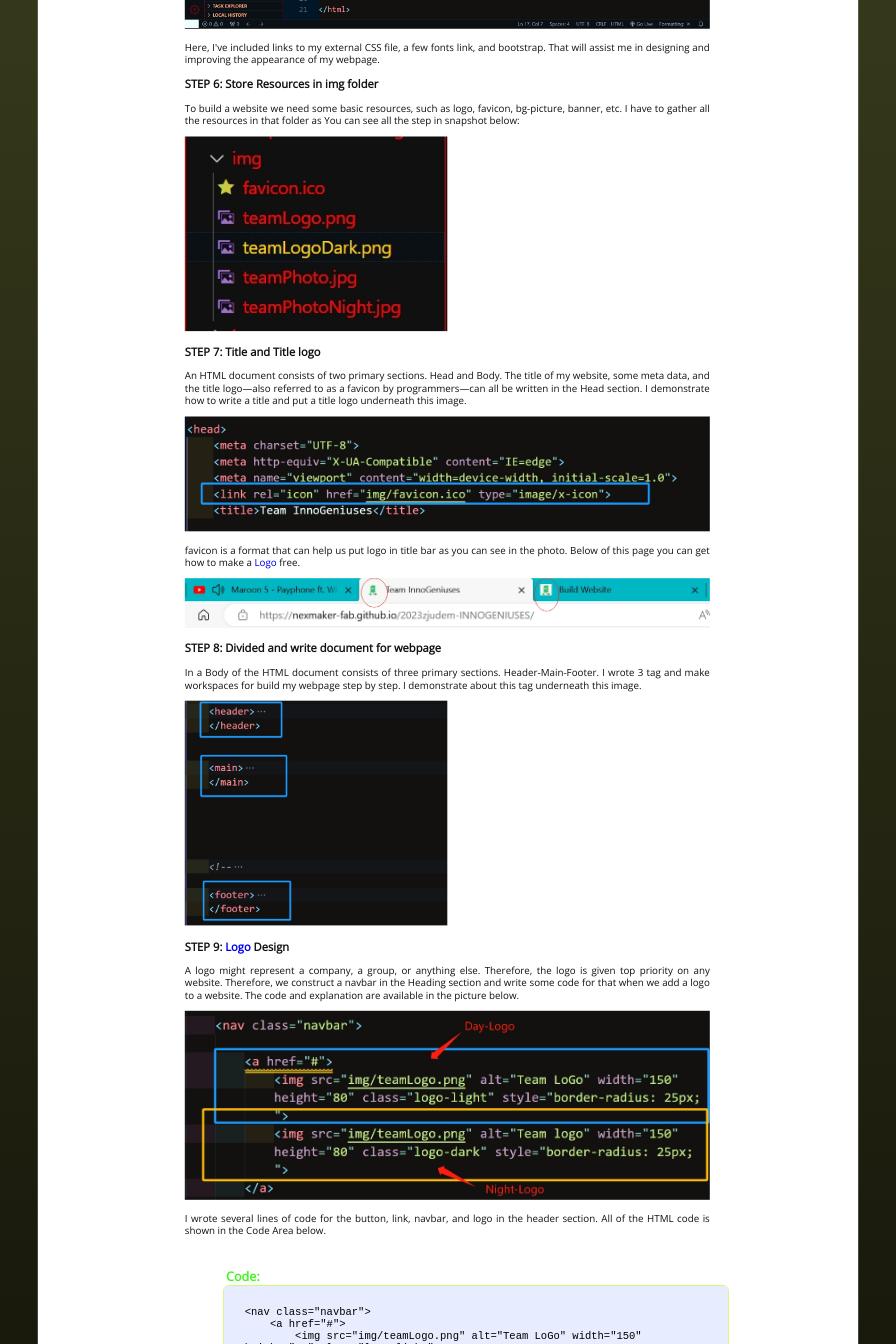
Repository: NexMaker-Fab/2023zjudem-INNOGENIUSES
Page: build web/page1.html
An editor plug-in stored every save of this project. The page is shown before and after the next save, followed by the edit.
The browser window is 1280 px wide. The pictures show the part of the page from y = 4580 to 6500 px (the page is 10795 px tall before and 10194 px after), at 70% of full size.
An inner scrolling area shows only its first screen.

Above is the page before, as saved 2023-11-27 02:44:02.

After the next save:
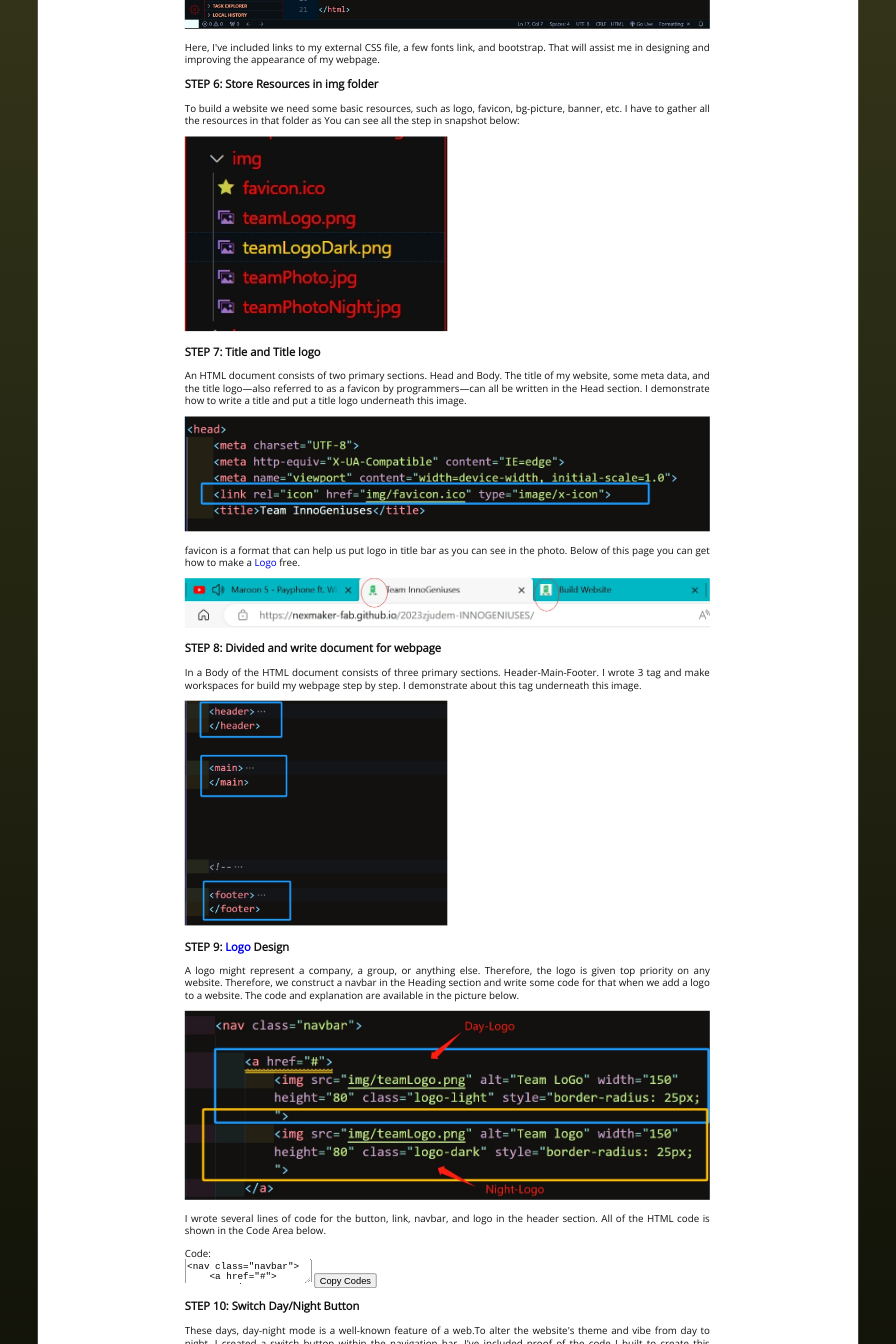
Saved 30 s later.
--- a/build web/page1.html
+++ b/build web/page1.html
@@ -138,7 +138,7 @@
                         </p>
                         <img src="img/bw5.png" alt="description photo" style="width:100%; height:fit-content;">
                         <p>I wrote several lines of code for the button, link, navbar, and logo in the header section. All of the HTML code is shown in the Code Area below.</p>
-                        <div class="code-boxes">
+                        <div class="code-boxs">
                             <div class="code-box CodeBox">
                                 <div class="topic">Code:</div>
                                 <textarea id="CodeBox" readonly>
@@ -223,7 +223,7 @@
                         <p>These days, day-night mode is a well-known feature of a web.To alter the website's theme and vibe from day to night, I created a switch button within the navigation bar. I've included proof of the code I built to create this day/night
                             switch below.
                         </p>
-                        <div class="code-boxes">
+                        <div class="code-boxs">
                             <div class="code-box CodeBox">
                                 <div class="topic">Code:</div>
                                 <textarea id="CodeBox" readonly>
